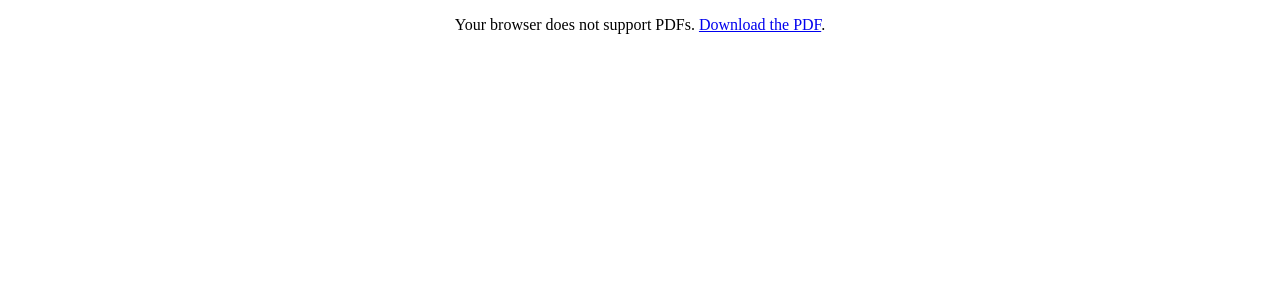
Repository: aaurdanet/Portfolio
Page: cv/resume_index.html
An editor plug-in stored every save of this project. The page is shown before and after the next save, followed by the edit.
The browser window is 1280 px wide. The pictures show the whole page.

Above is the page before, as saved 2024-10-28 00:17:51.

After the next save:
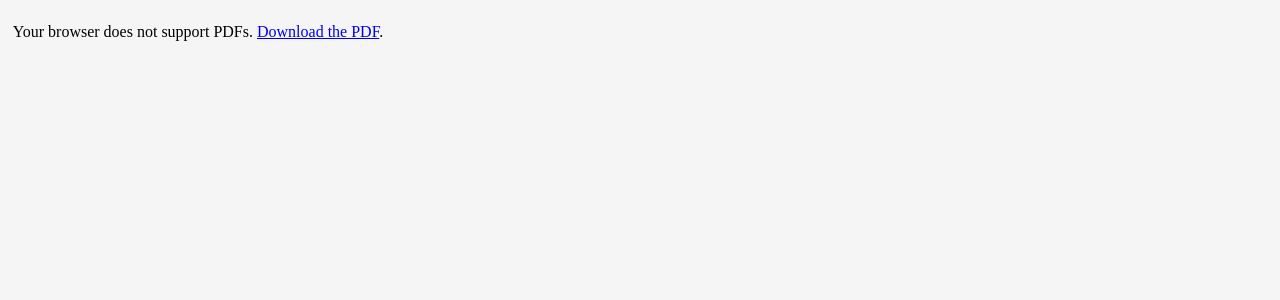
Saved 102 s later.
--- a/cv/resume_index.html
+++ b/cv/resume_index.html
@@ -6,29 +6,40 @@
     <meta name="description" content="Antonio Urdaneta's Resume">
     <title>Antonio Urdaneta Resume</title>
     <style>
-        /* Fullscreen PDF styling */
+        /* Full height and width setup, with no margin */
         html, body {
             height: 100%;
+            width: 100%;
             margin: 0;
+            display: flex;
+            justify-content: center;
+            align-items: center;
+            background-color: #f5f5f5;
+            overflow: hidden;
+        }
+
+        /* PDF container adjusted for full viewport */
+        .pdf-container {
+            width: 98vw; /* Almost full viewport width */
+            height: 98vh; /* Almost full viewport height */
             display: flex;
             justify-content: center;
             align-items: center;
             overflow: hidden;
         }
 
-        /* PDF object container */
-        .pdf-container {
+        /* Object element fills container */
+        .pdf-container object {
             width: 100%;
             height: 100%;
+            border: none;
         }
 
-        /* Mobile-specific adjustments */
+        /* Media query to ensure full screen width on mobile */
         @media (max-width: 768px) {
             .pdf-container {
+                width: 100vw;
                 height: 100vh;
-                overflow-y: auto;
-                overflow-x: auto;
-                -webkit-overflow-scrolling: touch; /* Smooth scrolling on iOS */
             }
         }
     </style>
@@ -36,7 +47,7 @@
 <body>
     <div class="pdf-container">
         <object data="resume.pdf" type="application/pdf" width="100%" height="100%">
-            <!-- Fallback content for unsupported browsers -->
+            <!-- Fallback for unsupported browsers -->
             <p>Your browser does not support PDFs. <a href="resume.pdf">Download the PDF</a>.</p>
         </object>
     </div>
